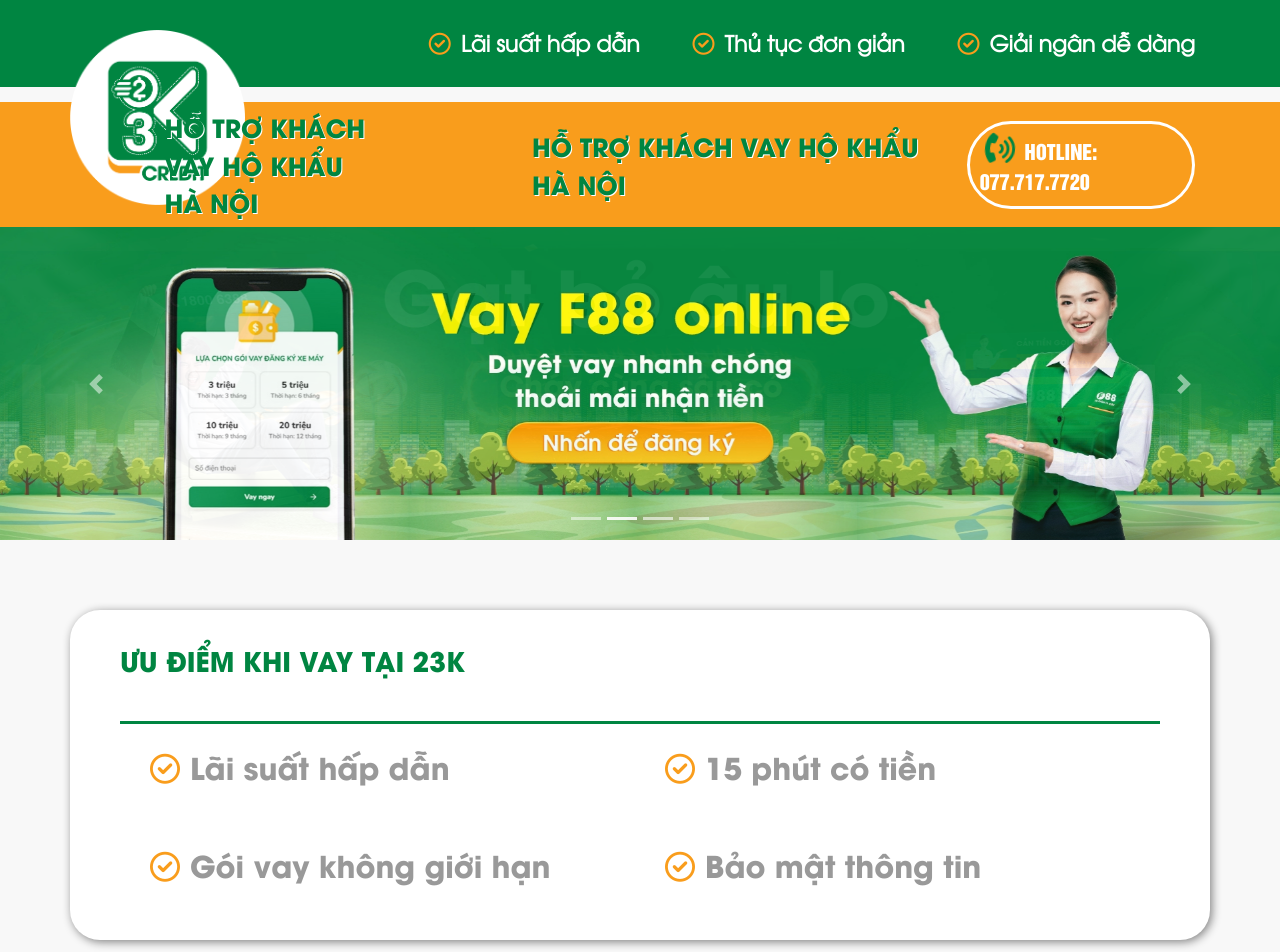
Repository: anhtu2110/23k.vn
Page: theme/index.html
These files come from the project's save history. The page is drawn as it stood at one moment and after the next save; the edit follows.
The browser window is 1280 px wide. The pictures show the part of the page from y = 0 to 952 px (the page is 1984 px tall).
A picture or video elsewhere on the page could not be fetched, so the positions and the page height are approximate.

Above is the page before, as saved 2022-12-29 21:34:33.

After the next save:
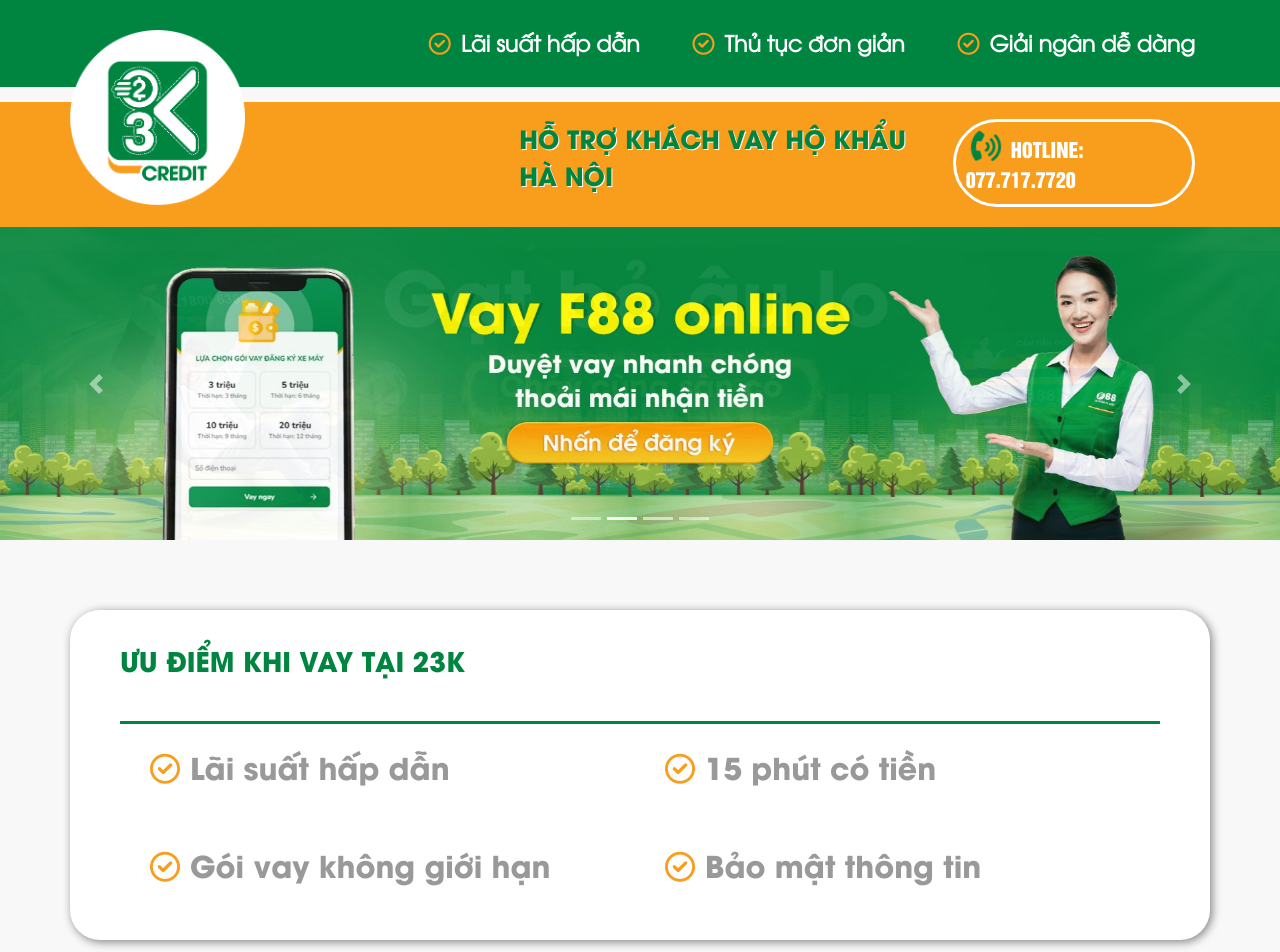
Saved 23 s later.
--- a/theme/index.html
+++ b/theme/index.html
@@ -45,12 +45,18 @@
                         <div class="col-md-6">
                             <span class="content text-uppercase">Hỗ trợ khách vay hộ khẩu hà nội</span>
                         </div>
-                    </div>
-                    <span class="content text-uppercase">Hỗ trợ khách vay hộ khẩu hà nội</span>
-                    <a href="tel:0777177720" class="hotline text-decoration-none">
+                        <div class="col-md-4">
+                            <a href="tel:0777177720" class="hotline text-decoration-none">
+                                <span class="icon-phone"><i class="fa-solid fa-phone-volume animation-phone"></i></span>
+                                <span>Hotline: 077.717.7720</span>
+                            </a>
+                        </div>
+                    </div>
+                    <!-- <span class="content text-uppercase">Hỗ trợ khách vay hộ khẩu hà nội</span> -->
+                    <!-- <a href="tel:0777177720" class="hotline text-decoration-none">
                         <span class="icon-phone"><i class="fa-solid fa-phone-volume animation-phone"></i></span>
                         <span>Hotline: 077.717.7720</span>
-                    </a>
+                    </a> -->
                 </div>
             </div>
         </div>
